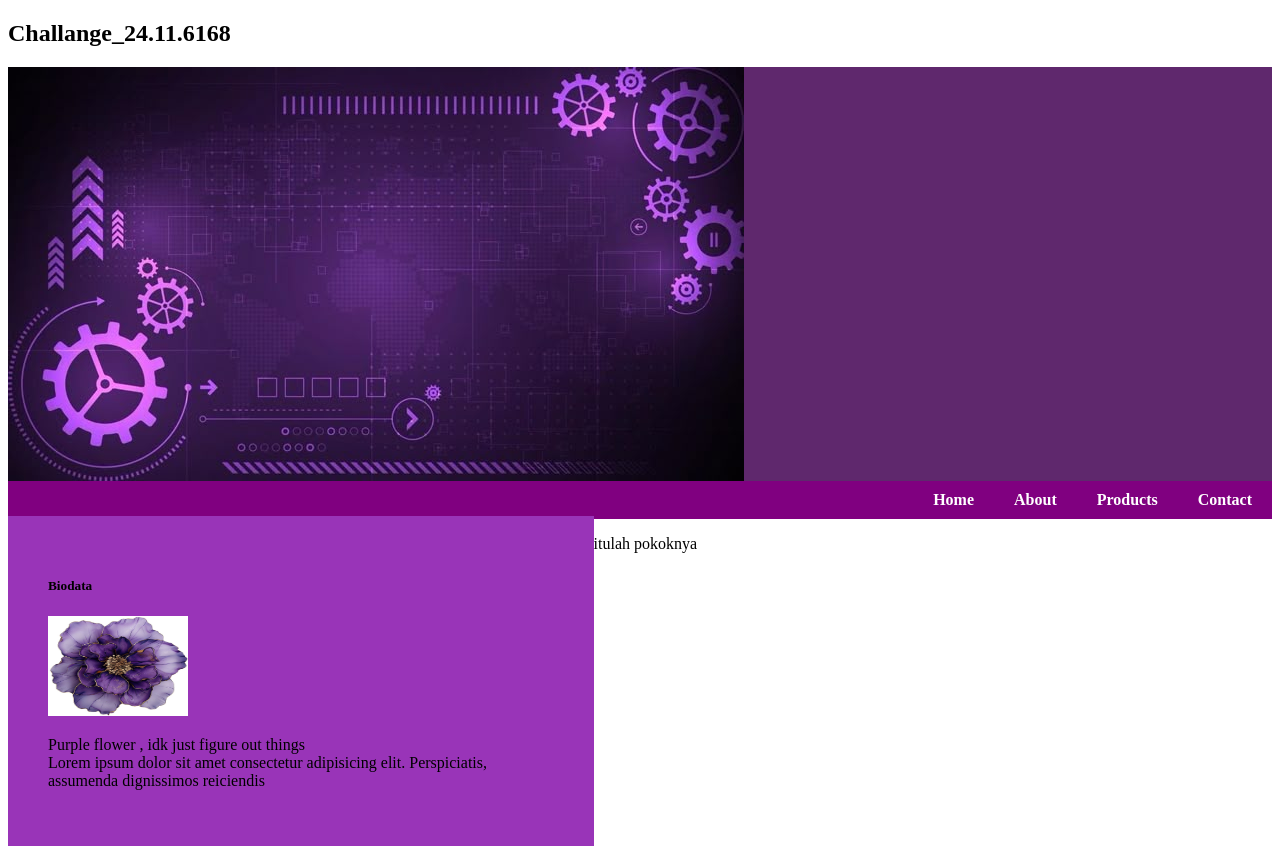
Repository: Ms-Ulfiyahrustam/p5_pemogramanweb
Page: index.html
These files come from the project's save history. The page is drawn as it stood at one moment and after the next save; the edit follows.
The browser window is 1280 px wide. The pictures show the whole page.

Above is the page before, as saved 2026-04-27 09:43:53.

After the next save:
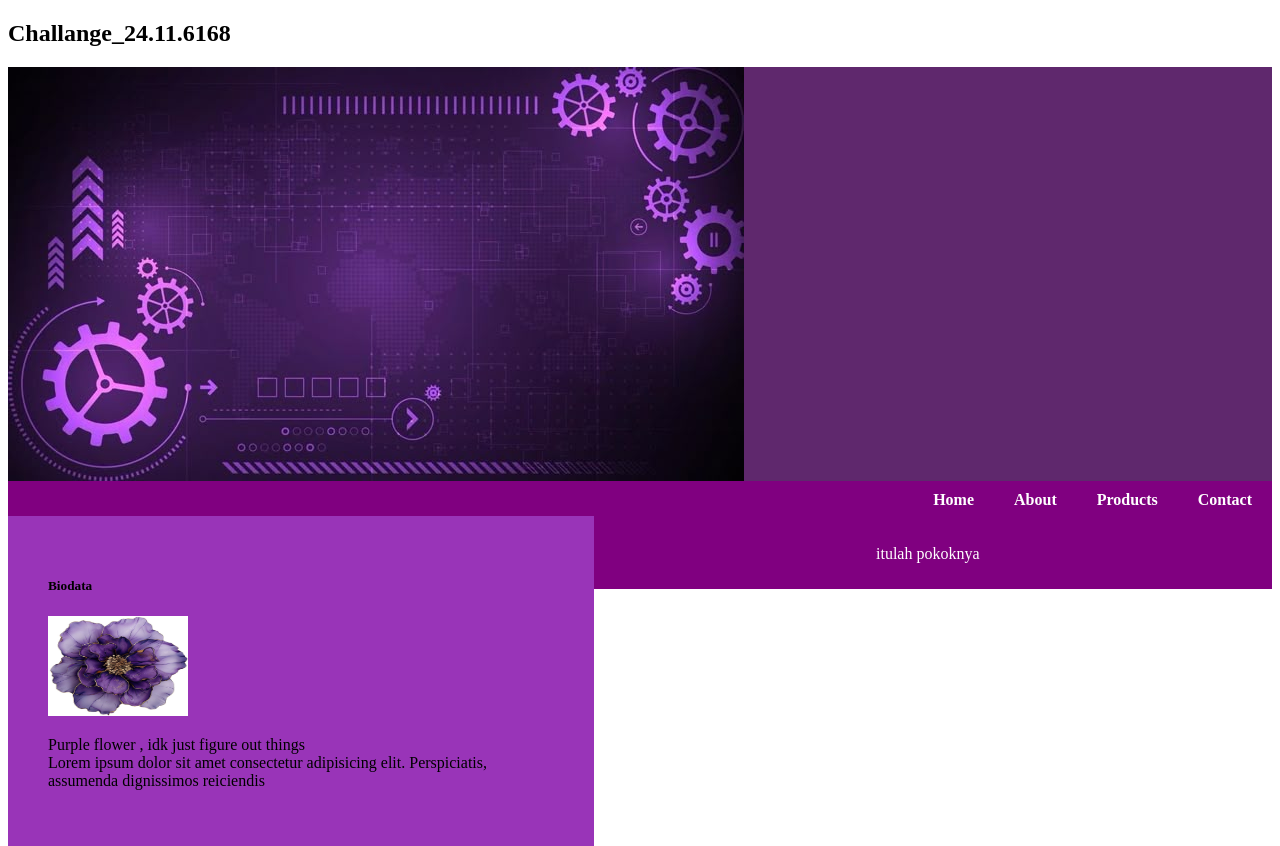
Saved 63 s later.
--- a/style.css
+++ b/style.css
@@ -54,3 +54,10 @@ leftside img{
   color: white;
   font-weight: bold;
 }
+
+.footer {
+    background-color :purple;
+    padding: 10px;
+    text-align: center;
+    color : white;
+}
